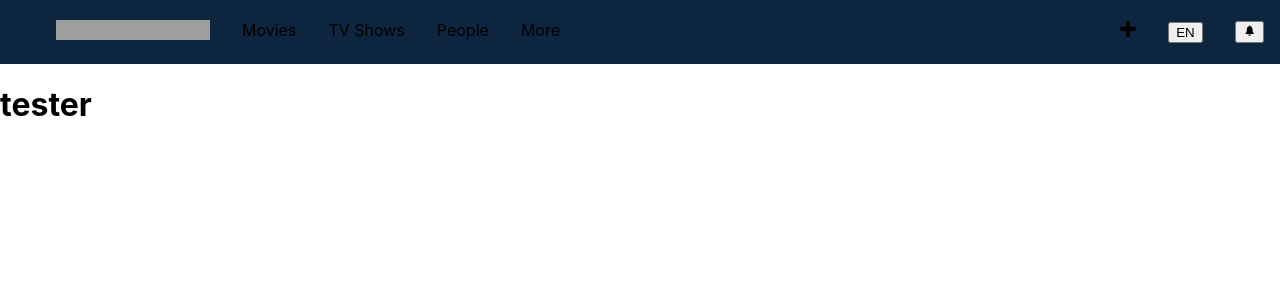
Repository: Fauzaanmhmd/qnpTesFrontend
Page: /
The author's editor kept a copy of each file at every save. The page is drawn from the files as they stood at one save, then again after the next save.
The browser window is 1280 px wide. The pictures show the whole page.
Pictures or frames that could not be fetched are drawn as grey boxes. The page's requests for data from a server got no answer. The project was rebuilt for these pictures with package versions that can differ from the ones it lists, and the page was loaded fresh each time. The framework's server and built-in components were replaced by stand-ins that run in the browser. No one was signed in, and anything a server would have sent is missing. Also part of the build but not shown: next.config.js, styles/Moviecard.module.scss, pages/components/Moviecard.tsx.

Above is the page before, as saved 2022-03-17 14:36:54.

### pages/index.tsx
import type { NextPage } from 'next'
import styles from '../styles/Home.module.scss'
import Section from './Section'
import { useEffect, useState } from 'react'
import axios from 'axios'
import MovieCard from './components/Moviecard'
import Youtube from 'react-youtube'
import { ReactNode } from 'react'
import Navbar from './components/Navbar'


const Home: NextPage = () => {

  const MOVIE_API = "https://api.themoviedb.org/3"
  const SEARCH_API = MOVIE_API + "search/movie"
  const BACKDROP_PATH = "https://image.tmdb.org/t/p/w1280"
  const API_KEY = "b3802c15c1569a1a0caa6bee01c6f23e"
  const DISCOVER_API = `${MOVIE_API}/discover/movie`

  const [movie, setMovie] = useState({ title: "Loading Movies" })
  const [trailer, setTrailer] = useState(null)
  const [playing, setPlaying] = useState(false)
  const [movies, setMovies] = useState([])
  const [searchKey, setSearchKey] = useState("")

  useEffect(() => {
    fetchMovies()
  }, [])

  const fetchMovies = async () => {

    const { data } = await axios.get(`${searchKey ? SEARCH_API : DISCOVER_API}`, {
      params: {
        api_key: API_KEY,
        query: searchKey
      }
    })

    console.log(data)
    setMovies(data.results)
  }

  const renderMovies = () => {
    return movies?.map((movie: any) => (
      <MovieCard
        key={movie.id}
        movie={movie}
      />
    ))
  }

  return (
    <div>
      <header>
        <Navbar />
      </header>
      <div>
        <h1>tester</h1>
        <div className={styles.container}>
          {renderMovies()}
        </div>
      </div>
    </div>
  )

}


export default Home

### styles/Home.module.scss
.container {
    display: flex;
    align-items: center;
    flex-wrap: nowrap;
    flex-direction: row;
    margin-top: 8px;
    margin-left: 2rem;
    max-width: 100%;
    overflow-x: auto;
}

### pages/components/Navbar.tsx
import styles from "../../styles/Navbar.module.scss"
import { ImPlus } from "react-icons/im";
import { IoIosNotifications } from "react-icons/io";

const Navbar = () => {
    return (
        <div className={styles.Navbar}>
            <div className={styles.MenuBar}>
                <ul className={styles.NavbarItem}>
                    <li><img src="https://www.themoviedb.org/assets/2/v4/logos/v2/blue_short-8e7b30f73a4020692ccca9c88bafe5dcb6f8a62a4c6bc55cd9ba82bb2cd95f6c.svg" /></li>
                    <li><a>Movies</a>
                        <div className={styles.Submenu}>
                            <ul>
                                <li>Popular</li>
                                <li>Now Playing</li>
                                <li>Upcoming</li>
                                <li>Top Rated</li>
                            </ul>
                        </div>
                    </li>
                    <li><a>TV Shows</a>
                        <div className={styles.Submenu}>
                            <ul>
                                <li>Popular</li>
                                <li>Now Playing</li>
                                <li>Upcoming</li>
                                <li>Top Rated</li>
                            </ul>
                        </div>
                    </li>
                    <li><a>People</a>
                        <div className={styles.Submenu}>
                            <ul>
                                <li>Popular</li>
                            </ul>
                        </div>
                    </li>
                    <li><a>More</a>
                        <div className={styles.Submenu}>
                            <ul>
                                <li>Discussion</li>
                                <li>Leaderbord</li>
                                <li>Support</li>
                                <li>API</li>
                            </ul>
                        </div>
                    </li>
                </ul>
            </div>
            <div className={styles.MenuBar}>
                <ul className={styles.NavbarIcon}>
                    <li><a><ImPlus /></a>
                        <div className={styles.Submenu}>
                            <ul>
                                <li>Add New Movie</li>
                                <li>Add New Movie</li>
                            </ul>
                        </div>
                    </li>
                    <li><button>EN</button>
                        <div className={styles.Submenu}>
                            <ul>
                                <li>Add New Movie</li>
                                <li>Add New Movie</li>
                            </ul>
                        </div>
                    </li>
                    <li><button><IoIosNotifications /></button>
                        <div className={styles.Submenu}>
                            <ul>
                                <li><p>Unread Notifications</p></li>
                            </ul>
                        </div>
                    </li>
                </ul>
            </div>
        </div>
    )
}

export default Navbar

### styles/Navbar.module.scss
@import "./utils/utils.scss";

.Navbar {
    display: flex;
    justify-content: space-between;
    background-color: $darkblue;
    width: 100%;
    height: 4rem;
    align-items: center;
}

.MenuBar {
    text-align: center;
}

.MenuBar ul {
    display: inline-flex;
    list-style: none;
}

.MenuBar ul li {
    padding: 1rem;
}

.NavbarItem {
    display: flex;

    img {
        width: 154px;
        height: 20px;
    }
}

.NavbarIcon {
    display: flex;
    justify-content: center;
}

.Submenu {
    display: none;
}

.MenuBar ul li:hover {
    background: $lightgreen;
    border-radius: 3px;
}

.MenuBar ul li:hover .Submenu {
    display: block;
    position: absolute;
    background-color: $white;
    margin-top: 10px;
    margin-left: -15px;
    width: 13rem;
    cursor: pointer;
}

.MenuBar li a {
    cursor: pointer;
    text-decoration: none;
}

.MenuBar ul li:hover .Submenu ul {
    display: block;
    margin: 10px;
}

.MenuBar ul li:hover .Submenu ul {
    padding: 5px;
    background: transparent;
    text-align: left;
}

### styles/utils/utils.scss
@import "./color.scss";

### styles/utils/color.scss
$lightgreen : #90cea1;
$white: #FFFFFF;
$lightblue: #01b4e4;
$darkblue: #0d253f;

Loaded but not shown: pages/_app.tsx (common file); styles/globals.scss (common file)

After the next save:
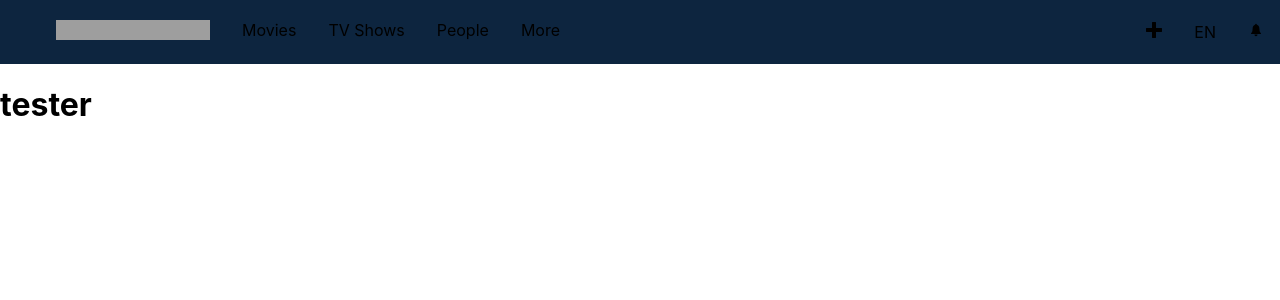
Saved 15 s later.
--- a/pages/components/Navbar.tsx
+++ b/pages/components/Navbar.tsx
@@ -57,7 +57,7 @@
                             </ul>
                         </div>
                     </li>
-                    <li><button>EN</button>
+                    <li><a>EN</a>
                         <div className={styles.Submenu}>
                             <ul>
                                 <li>Add New Movie</li>
@@ -65,7 +65,7 @@
                             </ul>
                         </div>
                     </li>
-                    <li><button><IoIosNotifications /></button>
+                    <li><a><IoIosNotifications /></a>
                         <div className={styles.Submenu}>
                             <ul>
                                 <li><p>Unread Notifications</p></li>
